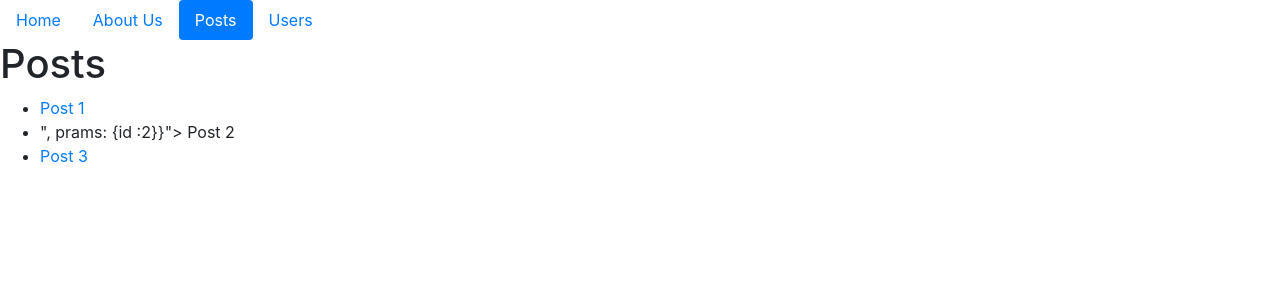
Repository: toufik17/vuejs
Page: /posts
The author's editor kept a copy of each file at every save. The page is drawn from the files as they stood at one save, then again after the next save.
The browser window is 1280 px wide. The pictures show the whole page.
The project was rebuilt for these pictures with package versions that can differ from the ones it lists, and the page was loaded fresh each time. Also part of the build but not shown: src/components/Home.vue, src/components/About.vue, src/components/Post.vue, src/components/Users.vue, src/components/users/UsersHome.vue, src/components/users/UsersViewHome.vue.

Above is the page before, as saved 2019-03-06 12:04:07.

### public/index.html
<!DOCTYPE html>
<html lang="en">
  <head>
    <meta charset="utf-8">
    <meta http-equiv="X-UA-Compatible" content="IE=edge">
    <meta name="viewport" content="width=device-width,initial-scale=1.0">
    <link rel="icon" href="<%= BASE_URL %>favicon.ico">
    <link rel="stylesheet" href="https://stackpath.bootstrapcdn.com/bootstrap/4.1.2/css/bootstrap.min.css" integrity="sha384-Smlep5jCw/wG7hdkwQ/Z5nLIefveQRIY9nfy6xoR1uRYBtpZgI6339F5dgvm/e9B" crossorigin="anonymous">
    <title>demo</title>
  </head>
  <body>
    <noscript>
      <strong>We're sorry but demo doesn't work properly without JavaScript enabled. Please enable it to continue.</strong>
    </noscript>
    <div id="app"></div>
    <!-- built files will be auto injected -->
  </body>
</html>

### src/main.js
import Vue from 'vue'
import App from './App.vue'
import VueRouter from 'vue-router'

import routes from './routes'

Vue.use(VueRouter);
const router = new VueRouter({
  mode: "history",
  routes : routes
})

Vue.config.productionTip = false

new Vue({
  render: h => h(App),
  router
}).$mount('#app')

### src/App.vue
<template>
  <div id="app">
    <NavBar />
    <router-view></router-view>
  </div>
</template>

<script>

import NavBar from "./components/NavBar"
export default {
  name: 'app',
  components: {
    NavBar
  }
}
</script>

<style>

</style>

### src/routes.js
import Home from './components/Home'
import About from './components/About'
import Post from './components/Post'
import Posts from './components/Posts'
import Users from './components/Users'
import UsersHome from './components/users/UsersHome'
import UsersViewHome from './components/users/UsersViewHome'

const routes = [
    {path: "/", component: Home, name: "home"},
    {path: "/about", component: About},
    {path: "/posts", component: Posts},
    {path: "/posts/:id", component: Post, props: true, name: "signle-post"},
    {path: "/users", component: Users, children: [
        {path: "", component: UsersHome},
        {path: ":id", component: UsersViewHome, props: true},
    ]}
];

export default routes;

### src/components/NavBar.vue
<template>
    <ul class="nav nav-pills">
      <li class="nav-item">
        <router-link :to="{name: 'home'}" class="nav-link" active-class="active" exact href="#">
          Home
        </router-link>
      </li>
      <li class="nav-item">
        <router-link to="/about" class="nav-link" active-class="active" href="#">
          About Us
        </router-link>
      </li>
      <li class="nav-item">
        <router-link to="/posts" class="nav-link" active-class="active" href="#">
          Posts
        </router-link>
      </li>
      <li class="nav-item">
        <router-link to="/users" class="nav-link" active-class="active" href="#">
          Users
        </router-link>
      </li>
    </ul>
</template>

### src/components/Posts.vue
<template>
    <div>
        <h1>Posts</h1>
        <ul>
            <li><router-link to="/posts/1">Post 1</router-link></li>
            <li>
                <router-link :to="{name: "single-post", prams: {id :2}}">
                    Post 2
                </router-link>
            </li>
            <li><router-link to="/posts/3">Post 3</router-link></li>
        </ul>
    </div>
</template>

After the next save:
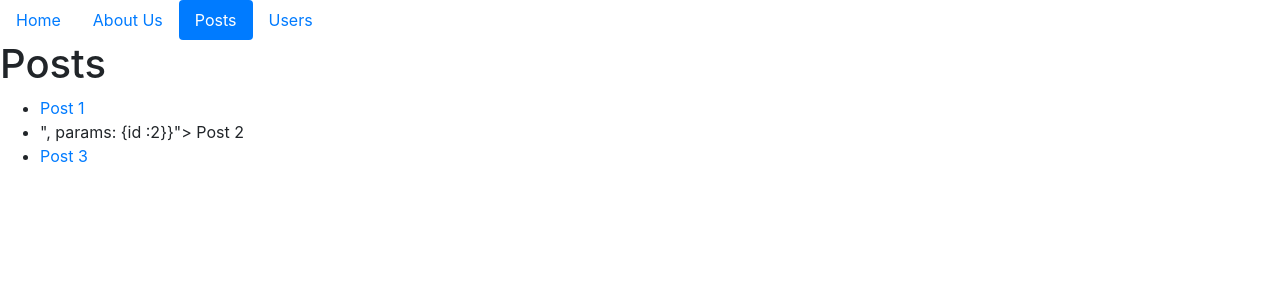
Saved 4 s later.
--- a/src/components/Posts.vue
+++ b/src/components/Posts.vue
@@ -4,7 +4,7 @@
         <ul>
             <li><router-link to="/posts/1">Post 1</router-link></li>
             <li>
-                <router-link :to="{name: "single-post", prams: {id :2}}">
+                <router-link :to="{name: "single-post", params: {id :2}}">
                     Post 2
                 </router-link>
             </li>
